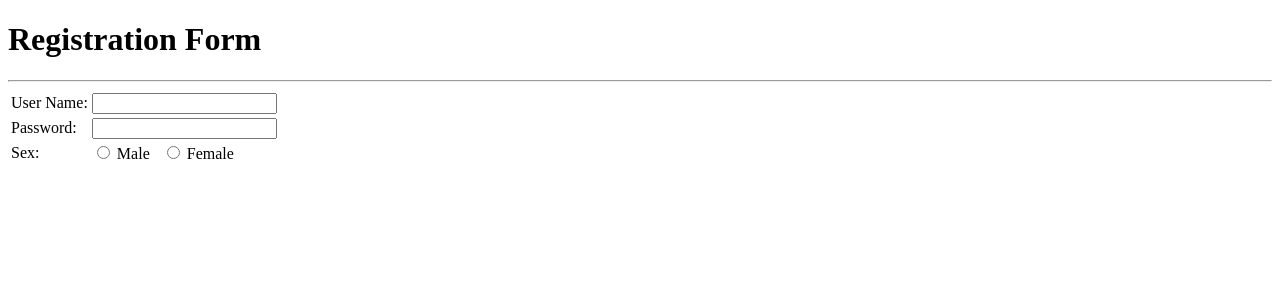
Repository: NazHaq/JavaDevelomentDemo
Page: JavaWebPage/WebApp-01/WebContent/Register.html
These files come from the project's save history. The page is drawn as it stood at one moment and after the next save; the edit follows.
The browser window is 1280 px wide. The pictures show the whole page.

Above is the page before, as saved 2016-12-19 02:54:59.

### JavaWebPage/WebApp-01/WebContent/Register.html
<!DOCTYPE html>
<html>
<head>
<meta charset="ISO-8859-1">
<title>Registration Form</title>
</head>
<body>
<h1> Registration Form</h1>
<hr>
<form name="f1" method="GET" action="Register">
<table>
<tbody>
<tr>
<td>User Name:</td>
<td><input type="text" name="userName"/>
</tr>

<tr>
<td>Password:</td>
<td><input type="password" name="passwd"/>
</tr>

<tr>
<td>Sex:</td>
<td><input type="radio" name="gender" value="Male"/> Male &nbsp;
<input type="radio" name="gender" value="Female"/> Female </td>
</tr>


</tbody>


</table>

</form>
</body>
</html>

After the next save:
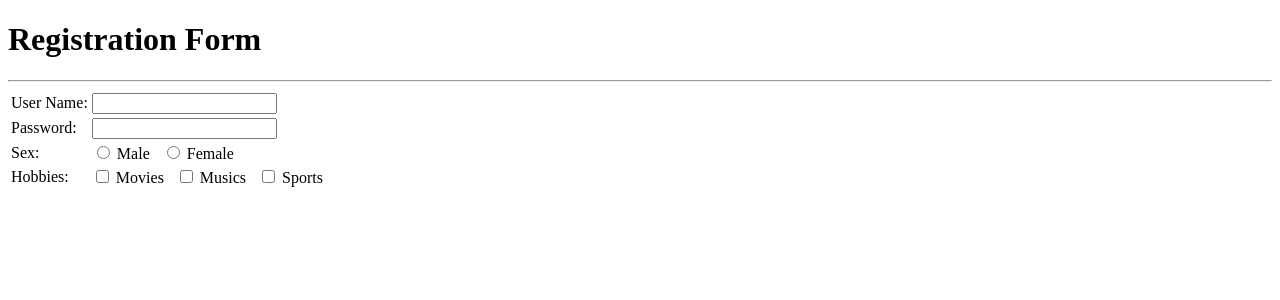
Saved 2 min 56 s later.
--- a/JavaWebPage/WebApp-01/WebContent/Register.html
+++ b/JavaWebPage/WebApp-01/WebContent/Register.html
@@ -27,6 +27,14 @@
 </tr>
 
 
+<tr>
+<td>Hobbies:</td>
+<td><input type="checkbox" name="hobbies" value="Movies"/> Movies &nbsp;
+<input type="checkbox" name="hobbies" value="Musics"/> Musics &nbsp;
+<input type="checkbox" name="hobbies" value="Sports"/> Sports &nbsp;
+</td>
+</tr>
+
 </tbody>
 
 
